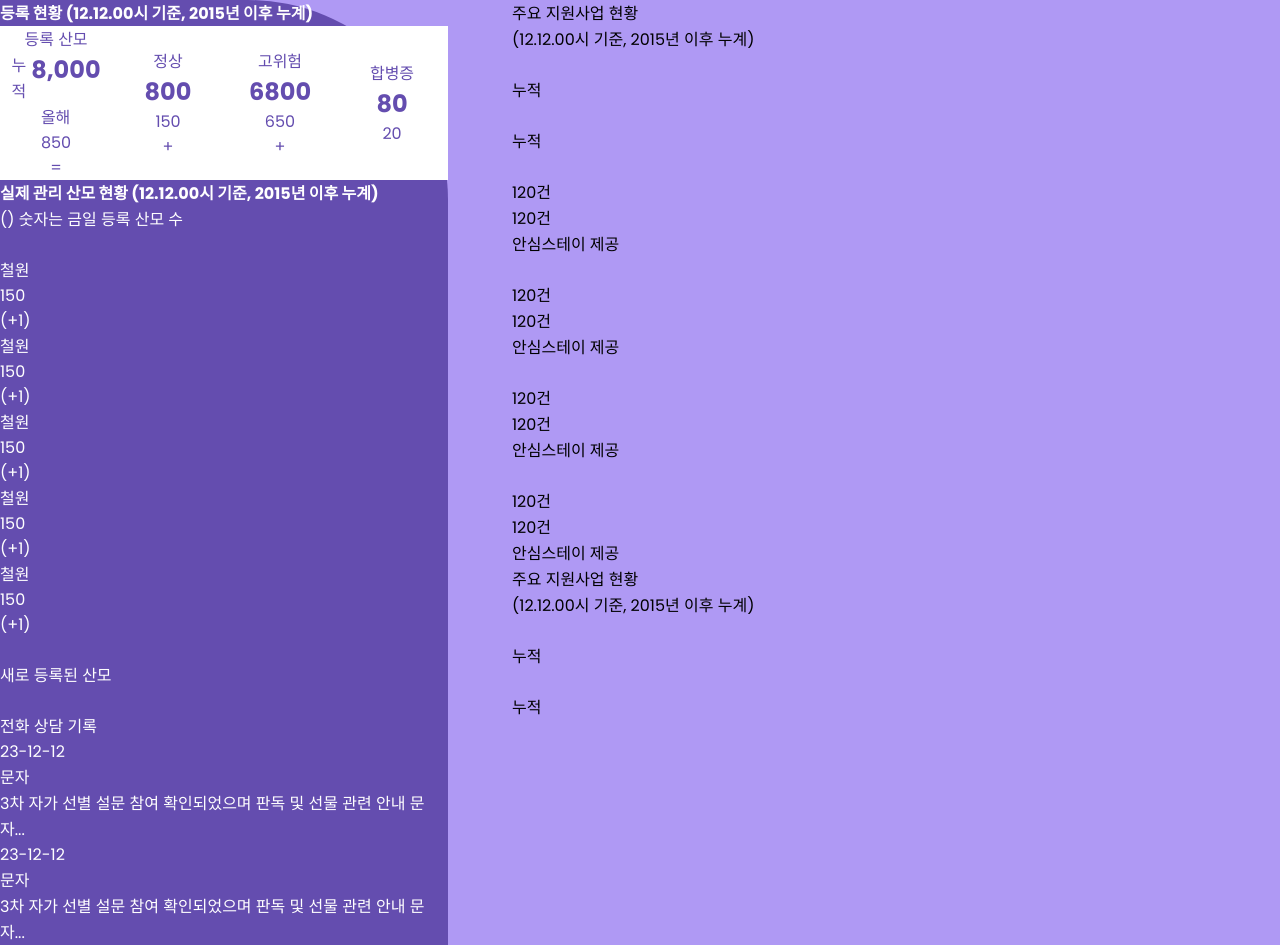
Repository: giapchicuong/Perganancy_Web
Page: index.html
An editor plug-in stored every save of this project. The page is shown before and after the next save, followed by the edit.
The browser window is 1280 px wide. The pictures show the whole page.

Above is the page before, as saved 2024-03-06 13:01:20.

After the next save:
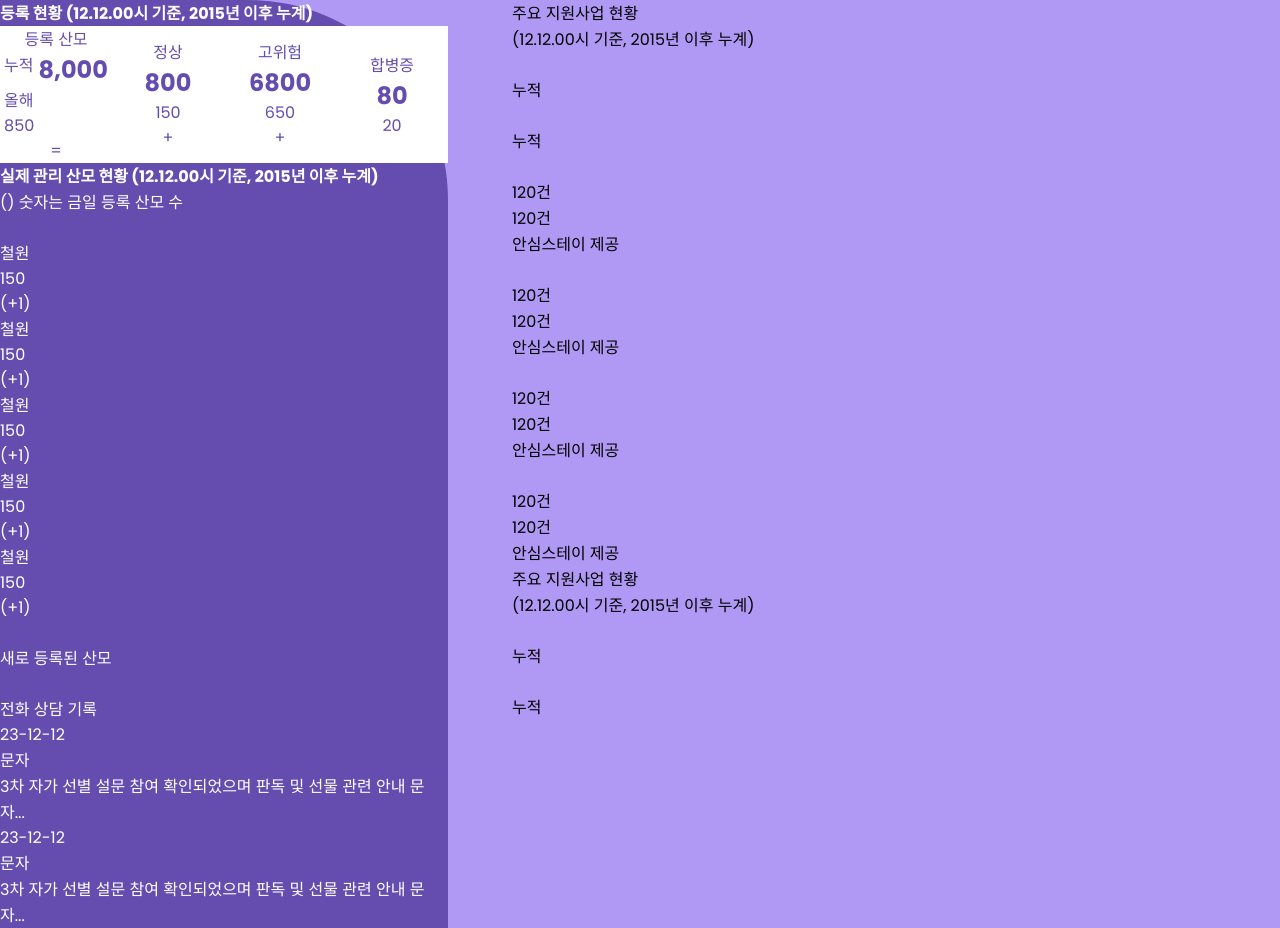
Saved 12 s later.
--- a/assets/style.css
+++ b/assets/style.css
@@ -33,11 +33,6 @@
 .advertising-left__item--add{
     display: flex;
     flex-direction: column;
-    justify-content: center;
-    align-items: center;
-    width: 50%;
-    background-color: var(--white);
-    color: var(--primary)
 }
 .advertising-left__item--white{
     display: flex;
